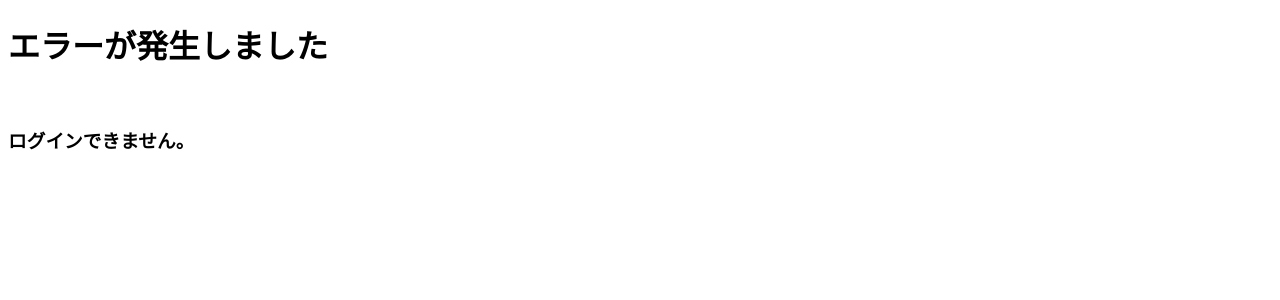
Repository: kasuya7118/test
Page: http://localhost/WebProj4/loginError.jsp
These files come from the project's save history. The page is drawn as it stood at one moment and after the next save; the edit follows.
The browser window is 1280 px wide. The pictures show the whole page.
The page is served by Tomcat 9. Other server files are loaded and not shown.

Above is the page before, as saved 2019-10-16 04:27:41.

### WebProj4/WebContent/loginError.jsp
<%@ page language="java" contentType="text/html; charset=UTF-8"
    pageEncoding="UTF-8"%>
<%@ taglib prefix="s" uri="/struts-tags" %>
<!DOCTYPE html>
<html>
<head>
<meta charset="UTF-8">
<link rel="stylesheet" type="text/css" href="./css/style.css" >
<title>LoginError</title>
</head>
<body>
<h1>エラーが発生しました</h1>
<br>
<h3>ログインできません。</h3>

<s:if test='(loginDTOList.get(0).username)=="該当なし"'>
該当者はいませんでした
</s:if>
</body>
</html>

### WebProj4/WebContent/css/style.css

table{
	width:auto;
	border-spacing:0;
	font-size:14px;
}

table th{
	color:#fff;
	padding:8px 15px;
	background:#258;
	background:-moz-linear-gradient(rgba(34,85,136,0,7), rgba(34,85,136,0,9) 50%);
	background:-webkit-gradient(linear,100% 0%,100% 50%,from(rgba(34,85,136,0,7)),to(rgba(34,85,136,0.9)));
	font-weight:bold;
	border-left:1px solid #258;
	border-top:1px solid #258;
	border-bottom:1px solid #258;
	line-height:120%;
	text-align:center;
	text-shadow:0 -1px 0 rgba(34,85,136,0,9);
	box-shadow:0px 1px 1px rgba(255,255,255,0,3) inset;
}
table th:first-child{
	border-radius:5px 0 0 0;
}
table th:last-chid{
	border-radius:0 5px 0 0;
	border-right:1px solid #258;
	box-shadow:2px 2px 1px rgba(0,0,0,0,1),0px 1px 1px rgba(255,255,255,0,3)inset;
}

table tr td{
	padding:8px 15px;
	border-bottom:1px solid #84b2e0;
	border-left:1px solid #84b2e0;
	text-align:center;
}

table tr td:last-chid{
	border-right:1px solid #84b2e0;
	box-shadow:2px 2px 1px rgba(0,0,0,0,1);
}
table tr{
	background:#fff;
}
table tr:nth-child(2n+1){
	background:#f1f6fc;
}
table tr:last-child td{
	box-shadow:2px 2px 1px rgba(0,0,0,0,1);
}
table tr:last-child td:first-child{
	border-radius:0 0 0 5px;
}
table tr:last-child td:last-child{
	border-radius:0 0 5px 0;
}
table tr:hover{
	background: #bb4ee;
	cursor:pointer;
}

After the next save:
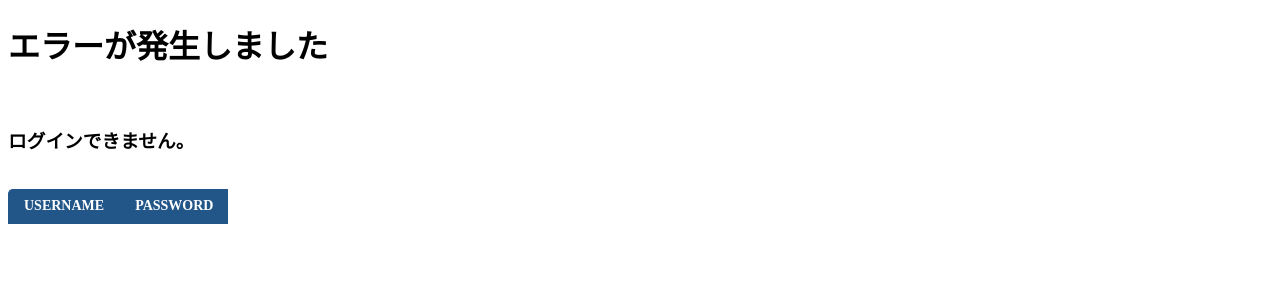
Saved 4 min 4 s later.
--- a/WebProj4/WebContent/loginError.jsp
+++ b/WebProj4/WebContent/loginError.jsp
@@ -16,5 +16,22 @@
 <s:if test='(loginDTOList.get(0).username)=="該当なし"'>
 該当者はいませんでした
 </s:if>
+
+<br>
+<table>
+<tbody>
+<tr>
+	<th>USERNAME</th>
+	<th>PASSWORD</th>
+</tr>
+<s:iterator value="loginDTOList">
+<tr>
+	<td><s:property value="username"/></td>
+	<td><s:property value="password"/></td>
+</tr>
+</s:iterator>
+</tbody>
+</table>
+
 </body>
 </html>
